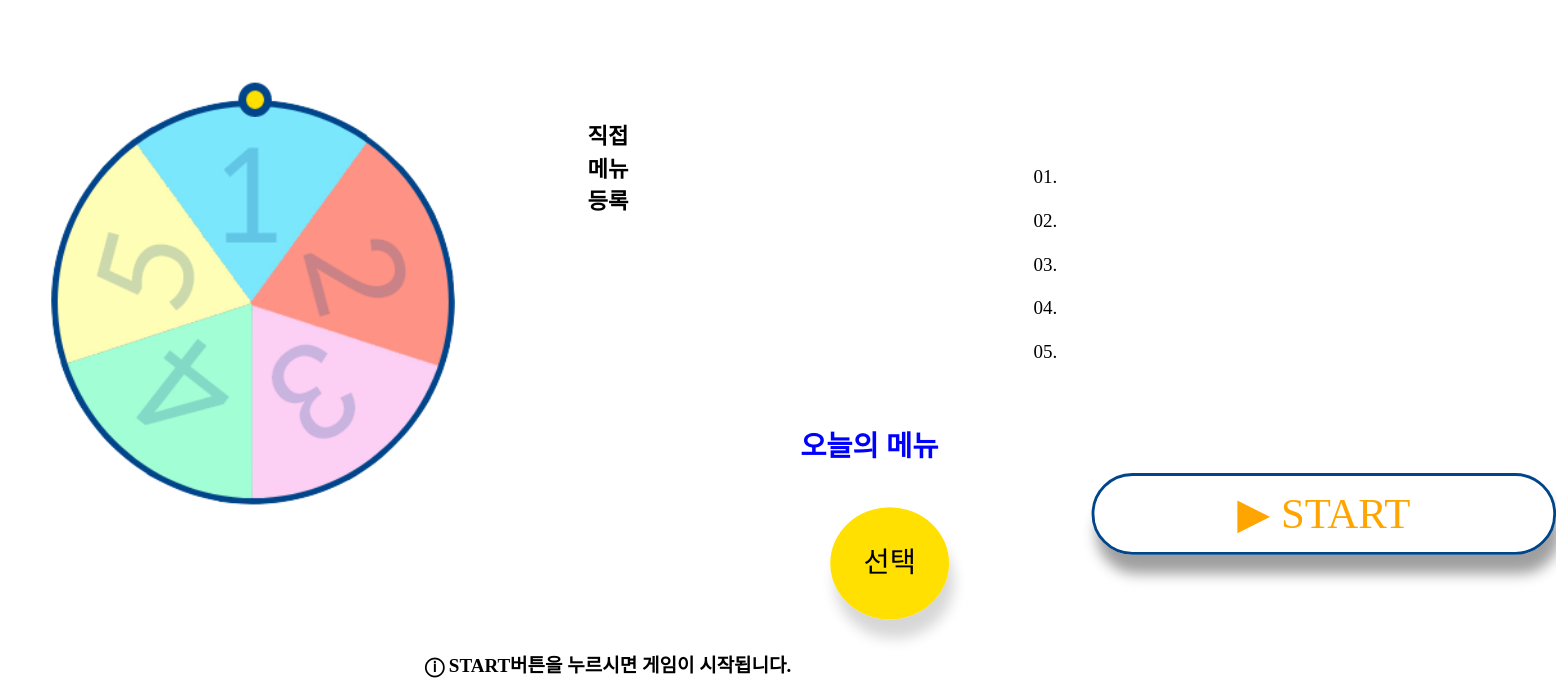
Repository: hkh00700/JustDoEat_Web
Page: http://localhost/justdoeat/WEB-INF/views/game/roulette.jsp
The author's editor kept a copy of each file at every save. The page is drawn from the files as they stood at one save, then again after the next save.
The browser window is 1280 px wide. The page is 1638 px wide, so the pictures cover 1638 px, including what lies to the right of the window. The pictures show the whole page, at 95% of full size.
The page is served by Tomcat 9. Nobody is signed in. The template is opened directly, without the code that normally fills it, so the values that code supplies are empty.

Above is the page before, as saved 2021-05-19 02:50:36.
Console error: ReferenceError: $ is not defined

After the next save:
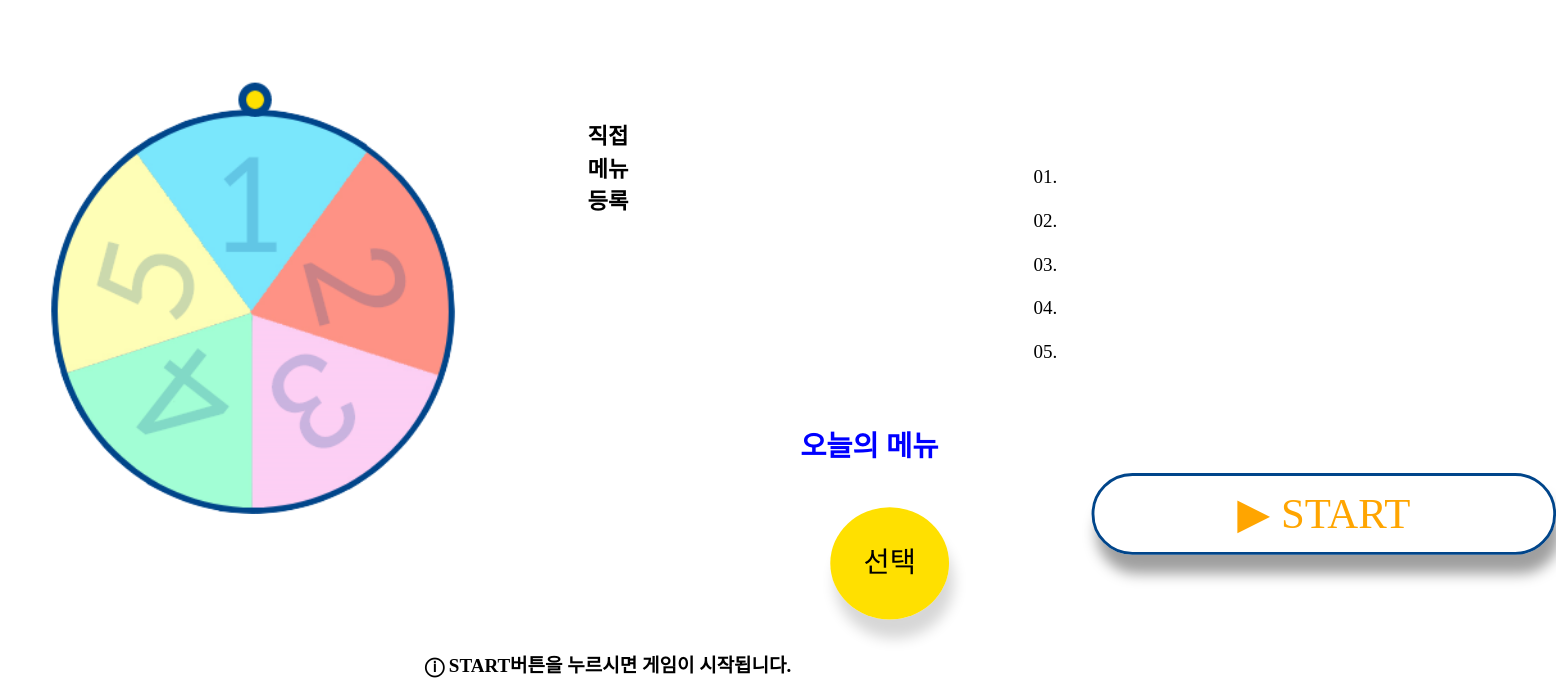
Saved 12 s later.
--- a/justdoeat/src/main/webapp/WEB-INF/views/game/roulette.jsp
+++ b/justdoeat/src/main/webapp/WEB-INF/views/game/roulette.jsp
@@ -131,7 +131,7 @@
 <body>
 <div class="content">
 <img src='imgs/pin.png'alt="룰렛" id="pin"/>
-<img src='imgs/roulette.png' alt="룰렛" id="roulette" style="top: 70px; left: -592px;"/>
+<img src='imgs/roulette.png' alt="룰렛" id="roulette" style="top: 80px; left: -592px;"/>
 	<h3>직접 메뉴 등록</h3>
 	<div class="num">
 	01.<br/><br/>
